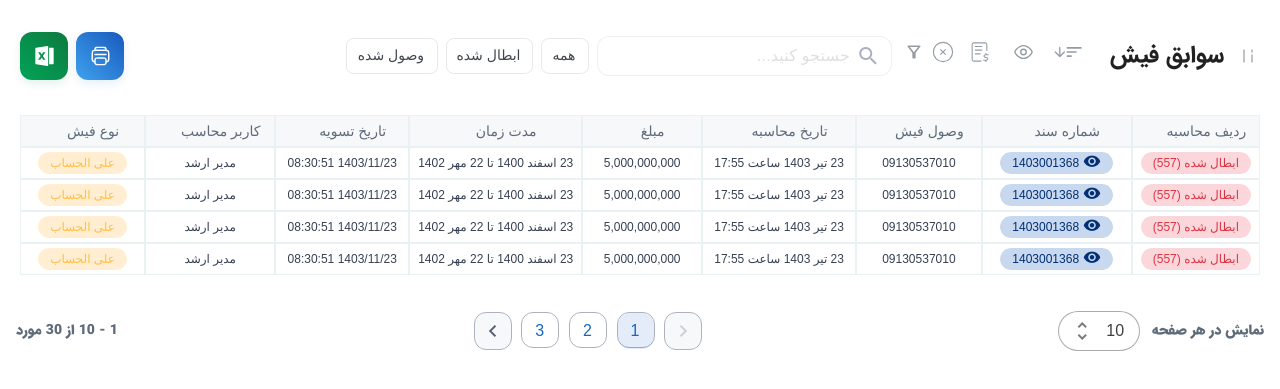
Repository: mobinazarein/data-table
Page: /
An editor plug-in stored every save of this project. The page is shown before and after the next save, followed by the edit.
The browser window is 1280 px wide. The pictures show the whole page.
Some web fonts or font styles are not loaded; a fallback is used. The project was rebuilt for these pictures with package versions that can differ from the ones it lists, and the page was loaded fresh each time. Also part of the build but not shown: vue.config.js.

Above is the page before, as saved 2025-03-26 10:39:47.

### public/index.html
<!DOCTYPE html>
<html lang="en" dir="rtl">
  <head>
    <meta charset="utf-8">
    <meta http-equiv="X-UA-Compatible" content="IE=edge">
    <meta name="viewport" content="width=device-width,initial-scale=1.0">
    <link rel="icon" href="<%= BASE_URL %>favicon.ico">
    <title><%= htmlWebpackPlugin.options.title %></title>
  </head>
  <body>
    <noscript>
      <strong>We're sorry but <%= htmlWebpackPlugin.options.title %> doesn't
        work properly without JavaScript enabled. Please enable it to
        continue.</strong>
    </noscript>
    <div id="app"></div>
    <!-- built files will be auto injected -->
  </body>
</html>

### src/assets/base.scss
// @import "./styles/fonts";

*,
*::before,
*::after {
  box-sizing: border-box;
  margin: 0;
  font-weight: normal;
  font-family: "IRANSans", sans-serif;
  letter-spacing: 0;
}

body {
  font-family: "IRANSans", sans-serif !important;
}
h1,
h2 {
  font-family: "IRANSans", sans-serif;
  font-weight: 700;
}
p {
  font-family: "IRANSans", sans-serif;
  font-weight: 400;
}
.v-field.v-field--center-affix.v-field--prepended.v-field--variant-outlined.v-theme--light.v-locale--is-rtl {
  border-radius: 12px !important;
}
.v-field__prepend-inner {
  color: #737993;
}

label.v-label.v-field-label {
  color: #c7cacf;
}

.v-field.v-field--center-affix.v-field--prepended.v-field--variant-outlined.v-theme--light.v-locale--is-rtl {
  color: #77787f4d;
}
/* .v-table__wrapper {
  overflow: hidden;
} */
.v-data-table thead {
  background-color: #f6f8fa !important;
  width: 138.41665649414062px;
  height: 32px !important;
}

.v-data-table thead th {
  height: 32px !important;
  color: #5f6b7a !important;
  font-weight: 700 !important;
  border: 1px solid #eaf1f2 !important;
  padding: 0 8px !important;
}

.v-data-table tbody tr td {
  height: 32px !important;
  color: #364153 !important;
  font-weight: 500 !important;
  border: 1px solid #eaf1f2 !important;
  white-space: nowrap !important;
  overflow: hidden !important;
  text-overflow: ellipsis !important;
  height: 32px !important;
  padding: 0 8px !important;
  font-size: 12px !important;
  padding: 0 8px !important;
  font-weight: 400 !important;
}

.v-data-table tbody tr {
  height: 32px !important;
}

td.v-data-table__td.v-data-table-column--align-center {
  font-size: 12px !important;
  height: 32px !important;
}

th {
  white-space: nowrap;
}

### src/components/DataTable.vue
<template>
  <v-container fluid>
    <!-- desktop -->
    <v-row class="align-center py-3 px-1 d-none d-md-flex" no-gutters>
      <v-col cols="12" md="10" class="d-flex align-center  justify-start">
        <div class="d-flex align-center gap-24 justify-start">
          <div class="d-flex align-center text-nowrap">
            <component :is="iconComponent" />
            <h2 class="mr-3 ml-5 text-nowrap " style="white-space: nowrap;">{{ title }}</h2>
          </div>
          <!-- <PaginationIcon class="mx-1" />
          <EyeIcon class="mx-1" />
          <InvoiceIcon class="mx-1 ml-2" />
          <CircleCross class="mx-1 ml-2" />
          <FilterIcon class="mx-1" /> -->
          <div v-for="(icon, index) in iconList" :key="index">
            <component v-if="icon" :is="icon" class="mx-1" />
          </div>
          <v-text-field v-if="showSearchBtn" variant="outlined" density="compact" hide-details
            class="custom-text-field mx-2" label="جستجو کنید..." prepend-inner-icon="mdi-magnify" width="295.6875px" />
          <!-- <v-btn variant="outlined" color="gray" class="rounded-lg ml-2 filter-btn"
            style="max-width: 48px;min-width: 48px;font-size: 14px !important;">همه</v-btn>
          <v-btn variant="outlined" color="gray" class="ml-2 rounded-lg filter-btn"
            style="max-width: 87px;min-width: 87px;font-size: 14px !important;">ابطال شده</v-btn>
          <v-btn variant="outlined" color="gray" class="ml-2 rounded-lg filter-btn px-3"
            style="max-width: 92px;min-width: 92px;font-size: 14px !important;">وصول شده</v-btn> -->
          <v-btn v-for="(button, index) in buttons" :key="index" variant="outlined" color="gray"
            class="ml-2 rounded-lg filter-btn"
            :style="{ maxWidth: button.width + 'px', minWidth: button.width + 'px', fontSize: button.fontSize, borderRadius: button.borderRadius }">
            {{ button.label }}
          </v-btn>
        </div>
      </v-col>
      <v-col cols="auto" md="2" class="d-flex align-center justify-end" v-if="props.showExportButtons">
        <v-btn icon variant="flat" class="ml-2 printer-btn">
          <PrinterIcon />
        </v-btn>
        <v-btn icon variant="flat" class="excel-btn">
          <ExcelIcon />
        </v-btn>
      </v-col>
    </v-row>
    <!-- mobile-->
    <v-row class="align-center d-flex d-md-none flex-no-wrap justify-between ">
      <v-col cols="12" class="d-flex align-center flex-no-wrap">
        <v-row no-gutters>
          <v-col cols="12">
            <div class="d-flex justify-space-between gap-8">
              <h2 class="text-nowrap " style="font-size: 20px; font-weight: 700;">{{ title }}</h2>
              <div class="d-flex">
                <v-btn variant="outlined"
                  style="max-width: 44px !important;min-width:44px !important;height: 40px !important;font-size: 12px;font-weight: 400;border-radius: 62px !important;"
                  color="gray" class="rounded-xl px-4 ml-2 filter-btn">همه</v-btn>
                <v-btn variant="outlined"
                  style="max-width: 80px !important;min-width:74px !important;height: 40px !important;font-size: 12px;font-weight: 400;border-radius: 42px !important;"
                  color="gray" class="ml-2 rounded-xl px-4 filter-btn">ابطال شده</v-btn>
                <v-btn variant="outlined" color="gray" class=" rounded-xl px-4 filter-btn ml-1"
                  style="max-width: 89px !important;min-width:77px !important;height: 40px !important;font-size: 12px;font-weight: 400;border-radius: 42px !important;">وصول
                  شده</v-btn>
                <!-- <v-btn v-for="(button, index) in buttons" :key="index" variant="outlined" color="gray"
            class="ml-2 rounded-lg filter-btn"
            :style="{ maxWidth: button.width + 'px', minWidth: button.width + 'px', fontSize: button.fontSize, borderRadius: button.borderRadius }">
            {{ button.label }}
          </v-btn> -->
              </div>
            </div>
          </v-col>
        </v-row>
      </v-col>
      <v-col cols="12" class="d-flex justify-center">
        <div class="d-flex flex-column ">
          <div class="gap-8 d-flex justify-space-between flex-wrap">
            <PaginationIcon class="mx-1" />
            <EyeIcon class="mx-1" />
            <InvoiceIcon class="mx-1" />
            <CircleCross class="mx-1 mt-3 mr-3" />
            <FilterIcon class="mx-1 mt-3 mr-3" />
            <PrinterIcon iconColor="#767E8A" class="mx-1 mt-3 mr-3" />
            <ExcelIcon iconColor="#767E8A" class="mx-1 mt-3 mr-3  ml-5" />
          </div>
          <v-text-field width="341px" variant="outlined" hide-details class="custom-text-field mx-2"
            label="جستجو کنید..." prepend-inner-icon="mdi-magnify" v-if="showSearchBtn" />
        </div>
      </v-col>
    </v-row>
    <v-row no-gutters class="px-1">
      <v-col cols="12" md="12" class="mt-5">
        <v-data-table :headers="headers" :items="items" :items-per-page="props.itemsPerPage" hide-default-footer>
          <template v-for="column in props.customStyles" #[`item.${column.key}`]="{ item }" :key="column.key">
            <v-chip
              :style="{ backgroundColor: column.bgColor, color: column.textColor, height: '22px', fontSize: '12px', cursor: column.icon ? 'pointer' : 'default' }"
              class="font-weight-bold">
              <v-icon v-if="column.icon" :color="column.iconColor" :size="column.iconSize" class="ml-1 mb-1">
                {{ column.icon }}
              </v-icon>
              {{ item[column.key] }}
            </v-chip>
          </template>
        </v-data-table>
      </v-col>
    </v-row>
    <v-row class="justify-space-between d-md-none align-center px-1 mt-8 ">
      <div class="d-flex align-center ">
        <p class="footer-text">نمایش در هر صفحه</p>
        <v-select v-model="itemsPerPage" :items="[10, 20, 50]" density="compact" variant="outlined" rounded="pill"
          class="custom-select mr-3" hide-details menu-icon="mdi-unfold-more-horizontal"></v-select>
      </div>
      <div class="footer-middle">
        <span class="footer-text"> {{ startIndex }} - {{ endIndex }} از {{ totalItems }} مورد </span>
      </div>
      <div class="mt-5" style="margin-left: auto; margin-right: auto;">
        <v-pagination v-model="page" :length="totalPages" total-visible="5" rounded density="comfortable"
          color="primary" class="custom-pagination"></v-pagination>
      </div>
    </v-row>
    <v-row class="justify-space-between d-none d-md-flex align-center px-3 mt-8">
      <div class="d-flex align-center ">
        <p class="footer-text">نمایش در هر صفحه</p>
        <v-select v-model="itemsPerPage" :items="[10, 20, 50]" density="compact" variant="outlined" rounded="pill"
          class="custom-select mr-3" hide-details menu-icon="mdi-unfold-more-horizontal"></v-select>
      </div>
      <div class="footer-right">
        <v-pagination v-model="page" :length="totalPages" total-visible="5" rounded density="comfortable"
          color="primary" class="custom-pagination"></v-pagination>
      </div>
      <div class="footer-middle">
        <span class="footer-text"> {{ startIndex }} - {{ endIndex }} از {{ totalItems }} مورد </span>
      </div>
    </v-row>
  </v-container>
</template>
<script setup>
import PaginationIcon from '@/assets/Icons/PaginationIcon.vue';
import EyeIcon from '@/assets/Icons/EyeIcon.vue';
import InvoiceIcon from '@/assets/Icons/InvoiceIcon.vue';
import CircleCross from '@/assets/Icons/CircleCross.vue';
import FilterIcon from '@/assets/Icons/FilterIcon.vue';
import PrinterIcon from '@/assets/Icons/PrinterIcon.vue';
import ExcelIcon from '@/assets/Icons/ExcelIcon.vue';
import { ref, computed } from 'vue';
import { defineProps } from 'vue';
const props = defineProps({
  itemsPerPage: {
    type: Number,
    default: 10,
  },
  showExportButtons: {
    type: Boolean,
    default: true,
  },
  showSearchBtn: {
    type: Boolean,
    default: true
  },
  customStyles: { type: Array, default: () => [] },
  customIcon: { type: Array, default: () => [] },
  headers: { type: Array, required: true },
  items: { type: Array, required: true },
  title: {
    type: String,
    required: true
  },
  iconComponent: {
    type: [String, Object],
    required: true
  },
  iconList: {
    type: Array,
    required: true
  },
  buttons: {
    type: Array,
    required: true,
    default: () => [
      { label: "همه", width: 48 },
      { label: "ابطال شده", width: 87 },
      { label: "وصول شده", width: 92 }
    ]
  }
});
const page = ref(1);
const totalItems = ref(30);
const itemsPerPage = ref(props.itemsPerPage);
const totalPages = computed(() => Math.ceil(totalItems.value / itemsPerPage.value));
const startIndex = computed(() => (page.value - 1) * itemsPerPage.value + 1);
const endIndex = computed(() => Math.min(page.value * itemsPerPage.value, totalItems.value));
</script>
<style>
.custom-text-field :deep(.v-input__control) {
  height: 38px;
}

.excel-btn {
  background: linear-gradient(45deg, #02A357, #0D7A40) !important;
  color: white !important;
  border-radius: 12px !important;
  box-shadow: 0px 4px 10px #0A88481A !important;
  width: 48px !important;
  height: 48px !important;
}

.printer-btn {
  border-radius: 12px !important;
  box-shadow: 0px 4px 10px #216BCA1A !important;
  background: linear-gradient(45deg, #3FA2ED, #1859BD) !important;
  color: white !important;
  width: 48px !important;
  height: 48px !important;
}

.filter-btn:hover,
.filter-btn:focus,
.filter-btn.v-btn--active {
  background-color: #B8DADA !important;
  color: #148976 !important;
  border-color: #148976 !important;
}

.filter-btn {
  border-color: #AEB2C04D !important;
  color: #40474F !important;
  line-height: 180% !important;
  padding: 0px 12px !important;
}


.footer-text {
  color: #5F6B7A;
  font-size: 14px;
  font-weight: 500;
}

.custom-select {
  max-width: 90px;
}

.custom-pagination {
  --v-pagination-height: 40px;
}

.custom-pagination .v-pagination__item {
  border-radius: 12px !important;
  min-width: 36px !important;
  height: 36px !important;
  font-size: 14px !important;
  color: #5B6176 !important;
  border: 1px solid #AEB2C0 !important;
}

.custom-pagination .v-pagination__item--active {
  border-radius: 12px !important;
  min-width: 36px !important;
  height: 36px !important;
  background-color: #B8DADA !important;
  color: #148976 !important;
  border: 1px solid #148976 !important;
  font-weight: bold !important;
  box-shadow: none !important;
}

button.v-btn.v-btn--icon.v-theme--light.text-primary.v-btn--density-comfortable.v-btn--rounded.v-btn--size-default.v-btn--variant-text {
  border-radius: 12px !important;
}

.custom-pagination .v-pagination__prev,
.custom-pagination .v-pagination__next {
  border-radius: 12px !important;
  background-color: #F6F8FA !important;
  color: #5B6176 !important;
  border: 1px solid #AEB2C0 !important;
}

.mdi-chevron-right::before {
  color: #5B6176 !important;
}

.mdi-chevron-left::before {
  color: #5B6176 !important;
}

.custom-pagination .v-pagination__prev:hover,
.custom-pagination .v-pagination__next:hover,
.custom-pagination .v-pagination__prev:focus,
.custom-pagination .v-pagination__next:focus,
.custom-pagination .v-pagination__prev.v-pagination__item--active,
.custom-pagination .v-pagination__next.v-pagination__item--active {
  border: 1px solid #148976 !important;
  color: #148976 !important;
}

.custom-pagination .v-pagination__item--active,
.custom-pagination .v-pagination__item:focus {
  border-radius: 12px !important;
  min-width: 36px !important;
  height: 36px !important;
  background-color: #D8EEF2 !important;
  color: #148976 !important;
  border: 1px solid #148976 !important;
  font-weight: bold !important;
}

.custom-pagination .v-pagination__item:hover {
  border: 1px solid #148976 !important;
  color: #148976 !important;
}

.custom-pagination .v-pagination__prev:hover,
.custom-pagination .v-pagination__next:hover {
  border: 1px solid #148976 !important;
  color: #148976 !important;
}

.footer-middle {
  font-size: 14px;
  color: #5F6B7A;
  font-weight: 500;
}
</style>

### src/assets/Icons/PauseIcon.vue
<template>
    <svg width="24" height="24" viewBox="0 0 24 24" fill="none" xmlns="http://www.w3.org/2000/svg">
        <path d="M8 6V18M16 6V8M16 18V11" stroke="#ADB0B4" stroke-width="1.5" stroke-linecap="round"
            stroke-linejoin="round" />
    </svg>
</template>

### src/assets/Icons/PaginationIcon.vue
<template>
    <svg width="36" height="48" viewBox="0 0 36 48" fill="none" xmlns="http://www.w3.org/2000/svg">
<path d="M9.79481 19.4529V28.5469M9.79481 28.5469L14.3418 23.9999M9.79481 28.5469L5.2478 23.9999" stroke="#969CA6" stroke-width="1.29915" stroke-linecap="round" stroke-linejoin="round"/>
<path d="M16.7693 28.9231H21.6924V27.282H16.7693V28.9231ZM16.7693 19.0769V20.7179H31.5385V19.0769H16.7693ZM16.7693 24.8205H26.6154V23.1795H16.7693V24.8205Z" fill="#969CA6"/>
</svg>
</template>

### src/assets/Icons/EyeIcon.vue
<template>
    <svg width="37" height="48" viewBox="0 0 37 48" fill="none" xmlns="http://www.w3.org/2000/svg">
<path d="M18.5 17.5833C21.4713 17.5833 24.0781 19.7396 25.7446 21.5522C26.4843 22.3568 26.8542 22.7591 26.979 23.5925C27.0096 23.7966 27.0096 24.2033 26.979 24.4073C26.8542 25.2407 26.4843 25.643 25.7446 26.4477C24.0781 28.2603 21.4713 30.4166 18.5 30.4166C15.5288 30.4166 12.922 28.2603 11.2555 26.4477C10.5158 25.643 10.1459 25.2407 10.0211 24.4073C9.99049 24.2033 9.99049 23.7966 10.0211 23.5925C10.1459 22.7591 10.5158 22.3568 11.2555 21.5522C12.922 19.7396 15.5288 17.5833 18.5 17.5833Z" stroke="#969CA6" stroke-width="1.375" stroke-linejoin="round"/>
<path d="M21.25 24C21.25 25.5188 20.0188 26.75 18.5 26.75C16.9812 26.75 15.75 25.5188 15.75 24C15.75 22.4812 16.9812 21.25 18.5 21.25C20.0188 21.25 21.25 22.4812 21.25 24Z" stroke="#969CA6" stroke-width="1.375" stroke-linejoin="round"/>
</svg>
</template>

### src/assets/Icons/InvoiceIcon.vue
<template>
    <svg width="35" height="48" viewBox="0 0 35 48" fill="none" xmlns="http://www.w3.org/2000/svg">
<path d="M26.6666 26.1999H23.9166V27.2999H26.6666V26.1999ZM23.9166 26.1999H23.4583V27.2999H23.9166V26.1999ZM23.4583 30.0499H24.375V28.9499H23.4583V30.0499ZM24.375 31.6999H23.9166V32.7999H24.375V31.6999ZM23.9166 31.6999H21.1666V32.7999H23.9166V31.6999ZM25.2 30.8749C25.2 31.3306 24.8306 31.6999 24.375 31.6999V32.7999C25.4381 32.7999 26.3 31.9381 26.3 30.8749H25.2ZM24.375 30.0499C24.8306 30.0499 25.2 30.4193 25.2 30.8749H26.3C26.3 29.8118 25.4381 28.9499 24.375 28.9499V30.0499ZM21.5333 28.1249C21.5333 29.1881 22.3951 30.0499 23.4583 30.0499V28.9499C23.0027 28.9499 22.6333 28.5806 22.6333 28.1249H21.5333ZM23.4583 26.1999C22.3951 26.1999 21.5333 27.0618 21.5333 28.1249H22.6333C22.6333 27.6693 23.0027 27.2999 23.4583 27.2999V26.1999ZM24.4666 26.7499V24.9166H23.3666V26.7499H24.4666ZM23.3666 32.2499V34.0833H24.4666V32.2499H23.3666ZM13.8333 15.3833H21.1666V14.2833H13.8333V15.3833ZM19.3333 32.6166H13.8333V33.7166H19.3333V32.6166ZM10.7166 29.4999V18.4999H9.61663V29.4999H10.7166ZM13.8333 32.6166C12.9535 32.6166 12.349 32.6154 11.8949 32.5544C11.4567 32.4954 11.2418 32.39 11.0925 32.2407L10.3147 33.0185C10.7024 33.4062 11.1881 33.5692 11.7483 33.6446C12.2928 33.7178 12.9846 33.7166 13.8333 33.7166V32.6166ZM9.61663 29.4999C9.61663 30.3486 9.61546 31.0405 9.68865 31.5849C9.76397 32.1451 9.92698 32.6308 10.3147 33.0185L11.0925 32.2407C10.9432 32.0914 10.8378 31.8766 10.7788 31.4383C10.7178 30.9842 10.7166 30.3797 10.7166 29.4999H9.61663ZM21.1666 15.3833C22.0464 15.3833 22.6509 15.3844 23.105 15.4455C23.5433 15.5044 23.7582 15.6099 23.9074 15.7591L24.6852 14.9813C24.2975 14.5936 23.8118 14.4306 23.2516 14.3553C22.7072 14.2821 22.0153 14.2833 21.1666 14.2833V15.3833ZM25.3833 18.4999C25.3833 17.6512 25.3845 16.9594 25.3113 16.415C25.2359 15.8547 25.0729 15.369 24.6852 14.9813L23.9074 15.7591C24.0567 15.9084 24.1622 16.1233 24.2211 16.5615C24.2821 17.0156 24.2833 17.6201 24.2833 18.4999H25.3833ZM13.8333 14.2833C12.9846 14.2833 12.2928 14.2821 11.7483 14.3553C11.1881 14.4306 10.7024 14.5936 10.3147 14.9813L11.0925 15.7591C11.2418 15.6099 11.4567 15.5044 11.8949 15.4455C12.349 15.3844 12.9535 15.3833 13.8333 15.3833V14.2833ZM10.7166 18.4999C10.7166 17.6201 10.7178 17.0156 10.7788 16.5615C10.8378 16.1233 10.9432 15.9084 11.0925 15.7591L10.3147 14.9813C9.92698 15.369 9.76397 15.8547 9.68865 16.415C9.61546 16.9594 9.61663 17.6512 9.61663 18.4999H10.7166ZM24.2833 18.4999V23.0833H25.3833V18.4999H24.2833ZM12.9166 19.0499H20.25V17.9499H12.9166V19.0499ZM12.9166 22.7166H20.25V21.6166H12.9166V22.7166ZM12.9166 26.3833H18.4166V25.2833H12.9166V26.3833Z" fill="#969CA6"/>
</svg>
</template>

### src/assets/Icons/CircleCross.vue
<template>
    <svg width="22" height="22" viewBox="0 0 21 20" fill="none" xmlns="http://www.w3.org/2000/svg">
        <path
            d="M7.90736 7.40719L13.0928 12.5926M13.0927 7.40719L7.90726 12.5926M19.6667 9.99992C19.6667 15.0625 15.5627 19.1666 10.5 19.1666C5.43743 19.1666 1.33337 15.0625 1.33337 9.99992C1.33337 4.93731 5.43743 0.833252 10.5 0.833252C15.5627 0.833252 19.6667 4.93731 19.6667 9.99992Z"
            stroke="#969CA6" stroke-width="1.1" />
    </svg>
</template>

### src/assets/Icons/FilterIcon.vue
<template>
    <svg width="20" height="20" viewBox="0 0 20 20" fill="none" xmlns="http://www.w3.org/2000/svg">
<path d="M5.90159 5.07682H14.1067L9.99595 10.246L5.90159 5.07682ZM3.64518 4.75682C5.30262 6.88194 8.36313 10.8204 8.36313 10.8204V15.7435C8.36313 16.1948 8.73236 16.564 9.18364 16.564H10.8247C11.276 16.564 11.6452 16.1948 11.6452 15.7435V10.8204C11.6452 10.8204 14.6975 6.88194 16.3549 4.75682C16.7734 4.21528 16.3877 3.43579 15.7067 3.43579H4.29339C3.61236 3.43579 3.22672 4.21528 3.64518 4.75682Z" fill="#969CA6"/>
</svg>
</template>

### src/assets/styles/_fonts.scss
@font-face {
  font-family: "IRANSans";
  src: url("/public/fonts/IRANSans.woff2") format("woff2");
  font-weight: 400;
  font-style: normal;
  font-display: swap;
}

@font-face {
  font-family: "IRANSans";
  src: url("/public/fonts/IRANSans_Black.woff2") format("woff2");
  font-weight: 500;
  font-style: normal;
  font-display: swap;
}

@font-face {
  font-family: "IRANSans";
  src: url("/public/fonts/IRANSans_Bold.woff2") format("woff2");
  font-weight: 800;
  font-style: normal;
  font-display: swap;
}

### src/assets/Icons/PrinterIcon.vue
<template>
    <svg
      width="23"
      height="24"
      viewBox="0 0 23 24"
      fill="none"
      xmlns="http://www.w3.org/2000/svg"
      :style="{ color: iconColor }"
    >
      <path
        d="M6 10.5641H17M6 17.7447V17.7447C5.66891 17.7447 5.50337 17.7447 5.36418 17.7283C4.26359 17.599 3.39569 16.7311 3.26636 15.6305C3.25 15.4913 3.25 15.3257 3.25 14.9947V10.5641C3.25 8.76909 3.25 7.87158 3.70712 7.24241C3.85475 7.03921 4.03345 6.86052 4.23664 6.71289C4.86582 6.25577 5.76332 6.25577 7.55833 6.25577H15.4417C17.2367 6.25577 18.1342 6.25577 18.7634 6.71289C18.9666 6.86052 19.1452 7.03921 19.2929 7.24241C19.75 7.87158 19.75 8.76909 19.75 10.5641V14.9947C19.75 15.3257 19.75 15.4913 19.7336 15.6305C19.6043 16.7311 18.7364 17.599 17.6358 17.7283C17.4966 17.7447 17.3311 17.7447 17 17.7447V17.7447M6 17.7447V17.7447C6 18.6368 6 19.0829 6.14576 19.4348C6.3401 19.904 6.71286 20.2768 7.18205 20.4711C7.53393 20.6169 7.98003 20.6169 8.87222 20.6169H14.1278C15.02 20.6169 15.4661 20.6169 15.818 20.4711C16.2871 20.2768 16.6599 19.904 16.8542 19.4348C17 19.0829 17 18.6368 17 17.7447V17.7447M6 17.7447V17.3617C6 15.9257 6 15.2077 6.3657 14.7043C6.4838 14.5418 6.62676 14.3988 6.78931 14.2807C7.29265 13.915 8.01066 13.915 9.44667 13.915H13.5533C14.9893 13.915 15.7073 13.915 16.2107 14.2807C16.3732 14.3988 16.5162 14.5418 16.6343 14.7043C17 15.2077 17 15.9257 17 17.3617V17.7447M17 6.25577V6.25577C17 5.36358 17 4.91748 16.8542 4.56559C16.6599 4.09641 16.2871 3.72364 15.818 3.5293C15.4661 3.38354 15.02 3.38354 14.1278 3.38354H8.87222C7.98003 3.38354 7.53393 3.38354 7.18205 3.5293C6.71286 3.72364 6.3401 4.09641 6.14576 4.56559C6 4.91748 6 5.36358 6 6.25577V6.25577H17Z"
        stroke="currentColor"
        stroke-width="1.43611"
        stroke-linecap="round"
        stroke-linejoin="round"
      />
    </svg>
  </template>

  <script setup>
  import { defineProps } from 'vue';

  defineProps({
    iconColor: {
      type: String,
      default: 'white',
    },
  });
  </script>

### src/assets/Icons/ExcelIcon.vue
<template>
    <svg
      width="23"
      height="22"
      viewBox="0 0 23 22"
      fill="none"
      xmlns="http://www.w3.org/2000/svg"
      :style="{ color: iconColor }"
    >
      <g clip-path="url(#clip0_397_6997)">
        <path
          d="M3.12085 2.63712L14.6434 0.991705C14.7084 0.982376 14.7747 0.987136 14.8377 1.00566C14.9007 1.02419 14.959 1.05604 15.0087 1.09908C15.0583 1.14211 15.0981 1.19531 15.1254 1.25507C15.1527 1.31483 15.1668 1.37976 15.1668 1.44546V20.5543C15.1668 20.6199 15.1527 20.6847 15.1254 20.7444C15.0982 20.8041 15.0585 20.8573 15.009 20.9003C14.9594 20.9433 14.9012 20.9752 14.8383 20.9938C14.7754 21.0124 14.7092 21.0172 14.6443 21.008L3.11994 19.3626C2.90142 19.3315 2.70147 19.2226 2.55682 19.0559C2.41216 18.8892 2.33252 18.6758 2.33252 18.4551V3.54462C2.33252 3.3239 2.41216 3.11059 2.55682 2.94388C2.70147 2.77716 2.90234 2.66824 3.12085 2.63712ZM16.0834 2.74987H19.7501C19.9932 2.74987 20.2264 2.84645 20.3983 3.01836C20.5702 3.19027 20.6668 3.42342 20.6668 3.66654V18.3332C20.6668 18.5763 20.5702 18.8095 20.3983 18.9814C20.2264 19.1533 19.9932 19.2499 19.7501 19.2499H16.0834V2.74987ZM9.8501 10.9999L12.4168 7.33321H10.2168L8.7501 9.42871L7.28344 7.33321H5.08344L7.6501 10.9999L5.08344 14.6665H7.28344L8.7501 12.571L10.2168 14.6665H12.4168L9.8501 10.9999Z"
          fill="currentColor"
        />
      </g>
      <defs>
        <clipPath id="clip0_397_6997">
          <rect width="22" height="22" fill="white" transform="translate(0.5)" />
        </clipPath>
      </defs>
    </svg>
  </template>

  <script setup>
  import { defineProps } from 'vue';

  defineProps({
    iconColor: {
      type: String,
      default: 'white',
    },
  });
  </script>

Loaded but not shown: src/plugins/vuetify.js (17 lines, source omitted); src/main.js (9 lines, source omitted); src/App.vue (94 lines, source omitted)

After the next save:
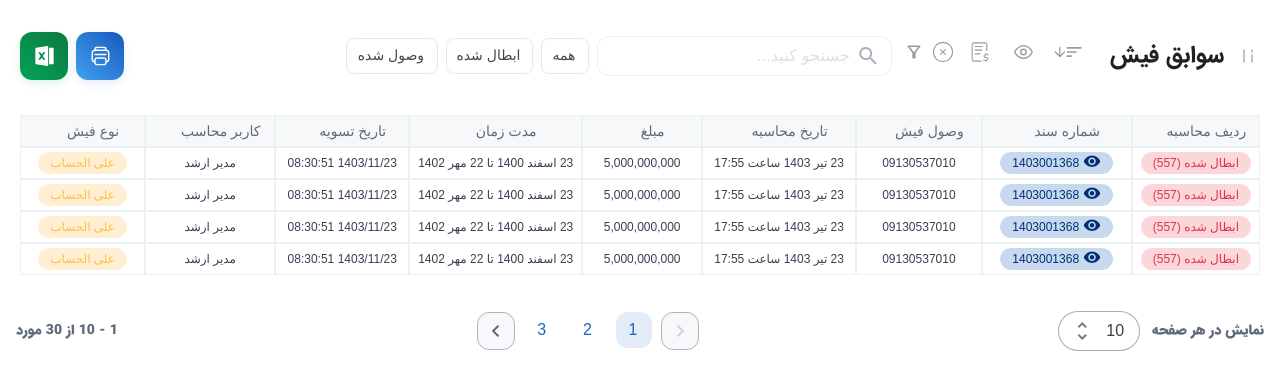
Saved 24 s later.
--- a/src/components/DataTable.vue
+++ b/src/components/DataTable.vue
@@ -223,7 +223,6 @@ const endIndex = computed(() => Math.min(page.value * itemsPerPage.value, totalI
   padding: 0px 12px !important;
 }
 
-
 .footer-text {
   color: #5F6B7A;
   font-size: 14px;
@@ -236,26 +235,6 @@ const endIndex = computed(() => Math.min(page.value * itemsPerPage.value, totalI
 
 .custom-pagination {
   --v-pagination-height: 40px;
-}
-
-.custom-pagination .v-pagination__item {
-  border-radius: 12px !important;
-  min-width: 36px !important;
-  height: 36px !important;
-  font-size: 14px !important;
-  color: #5B6176 !important;
-  border: 1px solid #AEB2C0 !important;
-}
-
-.custom-pagination .v-pagination__item--active {
-  border-radius: 12px !important;
-  min-width: 36px !important;
-  height: 36px !important;
-  background-color: #B8DADA !important;
-  color: #148976 !important;
-  border: 1px solid #148976 !important;
-  font-weight: bold !important;
-  box-shadow: none !important;
 }
 
 button.v-btn.v-btn--icon.v-theme--light.text-primary.v-btn--density-comfortable.v-btn--rounded.v-btn--size-default.v-btn--variant-text {

After the save that followed:
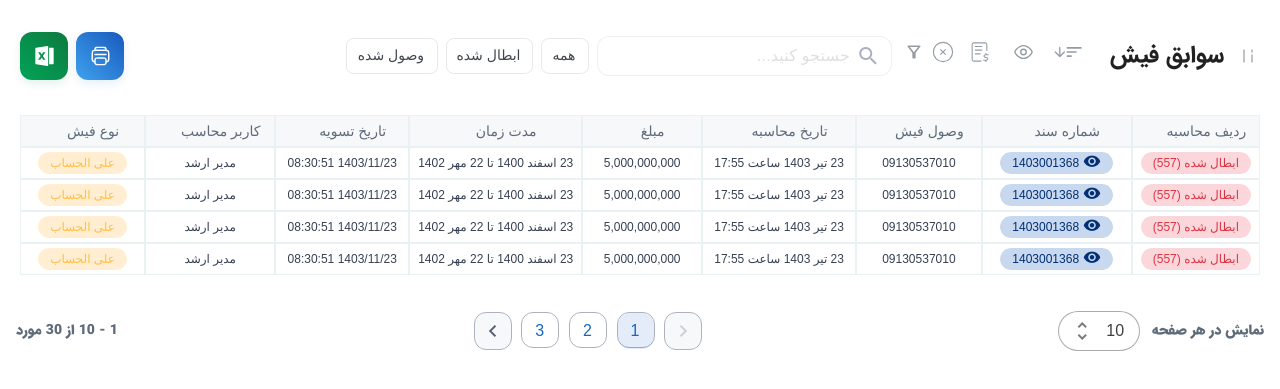
Saved 3 s later.
--- a/src/assets/base.scss
+++ b/src/assets/base.scss
@@ -80,3 +80,23 @@ td.v-data-table__td.v-data-table-column--align-center {
 th {
   white-space: nowrap;
 }
+
+.custom-pagination .v-pagination__item {
+  border-radius: 12px !important;
+  min-width: 36px !important;
+  height: 36px !important;
+  font-size: 14px !important;
+  color: #5b6176 !important;
+  border: 1px solid #aeb2c0 !important;
+}
+
+.custom-pagination .v-pagination__item--active {
+  border-radius: 12px !important;
+  min-width: 36px !important;
+  height: 36px !important;
+  background-color: #b8dada !important;
+  color: #148976 !important;
+  border: 1px solid #148976 !important;
+  font-weight: bold !important;
+  box-shadow: none !important;
+}
